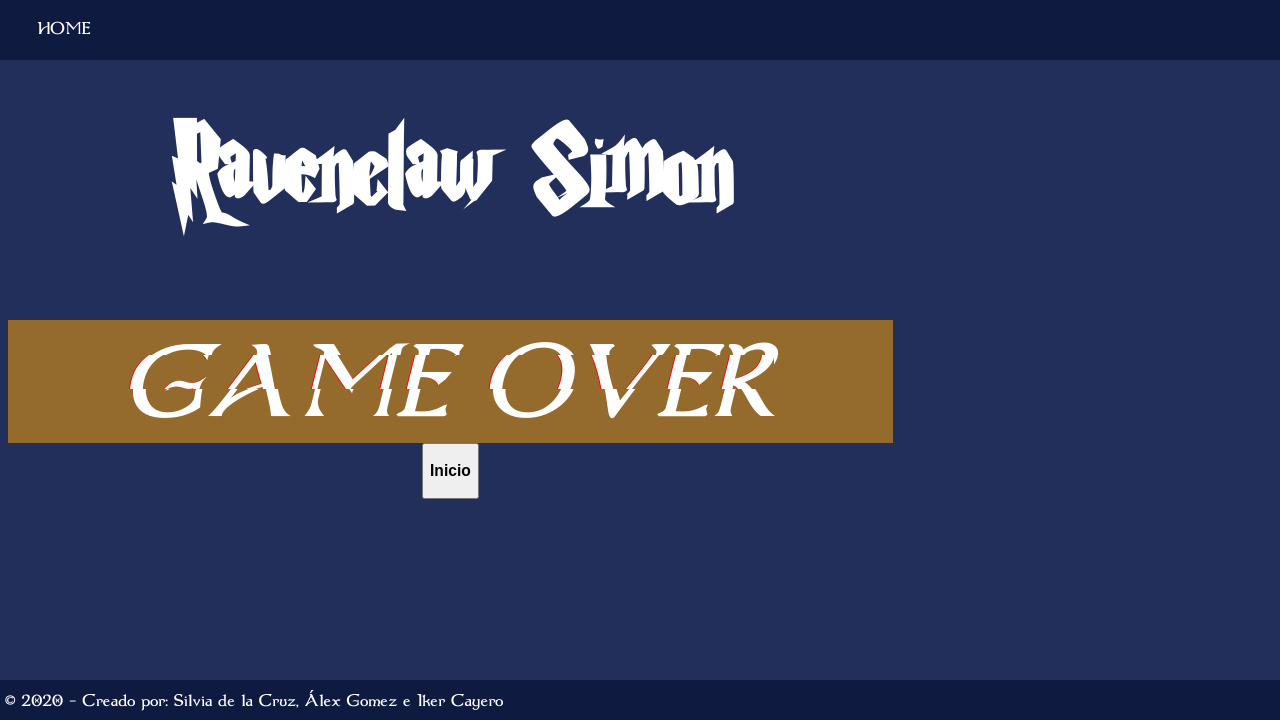
Repository: alexgomezdev/RavenclawSimon
Page: http://localhost/gameOver.php
The author's editor kept a copy of each file at every save. The page is drawn from the files as they stood at one save, then again after the next save.
The browser window is 1280 px wide. The pictures show the whole page.
The page is run by PHP 8.4 with error messages shown; the project is at /var/www/html/.

Above is the page before, as saved 2020-10-23 17:35:01.
Console error: SyntaxError: Unexpected token '}'

### gameOver.php
<!DOCTYPE html>
<html>
<head>
    <meta charset="UTF-8">
    <title>Ravenclaw Simon</title>
    <link rel="stylesheet" href="templates/gameOver.css">
    <link rel="stylesheet" href="templates/general.css">
</head>
<body>
    <header>
        <div id="home_link_div">
            <a href="index.php" id="home_link">HOME</a>
        </div>
    </header>
    <main>
        <div id="title">
            <h1>Ravenclaw Simon</h1>
        </div>
        <div class="container">
            <div id="scroll">
                <div class="message" data-text="GAME OVER">GAME OVER</div>
            </div>
        </div>
        <div id="button_div">
            <button id="button_play"><h3>Inicio</h3></button>
        </div>
    </main>
    <footer>
        <div id="footer_content">
            &#0169 2020 - Creado por: Silvia de la Cruz, Álex Gomez e Iker Cayero
        </div>
    </footer>
	<script type="text/javascript" src="main.js"></script>
</body>
</html>

### templates/gameOver.css
@font-face {
  font-family: "Dumbledore";
  src: url("../templates/typography/dumbledor.1.ttf") format("truetype");
}

#scroll {
  background-color: #946b2d;
}

.message {
  font-style: italic;
  font-size: 120px;
  font-family: "Dumbledore";
  text-align: center;
  color: #ffffff;
  position: relative;
  width: 800px;
  margin: 0 auto;
}

.message:after {
  content: attr(data-text);
  position: absolute;
  left: 70px;
  text-shadow: -1px 0 red;
  top: 0;
  color: white;
  background: #946b2d;
  overflow: hidden;
  clip: rect(0, 900px, 0, 0);
  animation: noise-anim 2s infinite linear alternate-reverse;
  text-align: center;
}

.message:before {
  content: attr(data-text);
  position: absolute;
  left: 80px;
  text-shadow: 1px 0 blue;
  top: 0;
  color: red;
  background: #946b2d;
  overflow: hidden;
  clip: rect(0, 900px, 0, 0);
  animation: noise-anim-2 3s infinite linear alternate-reverse;
  text-align: center;
}

@keyframes noise-anim {
  0% {
    clip: rect(51px, 9999px, 28px, 0);
  }
  5% {
    clip: rect(70px, 9999px, 19px, 0);
  }
  10% {
    clip: rect(92px, 9999px, 13px, 0);
  }
  15% {
    clip: rect(85px, 9999px, 49px, 0);
  }
  20% {
    clip: rect(45px, 9999px, 56px, 0);
  }
  25% {
    clip: rect(26px, 9999px, 31px, 0);
  }
  30% {
    clip: rect(62px, 9999px, 73px, 0);
  }
  35% {
    clip: rect(34px, 9999px, 11px, 0);
  }
  40% {
    clip: rect(26px, 9999px, 61px, 0);
  }
  45% {
    clip: rect(34px, 9999px, 71px, 0);
  }
  50% {
    clip: rect(35px, 9999px, 69px, 0);
  }
  55% {
    clip: rect(92px, 9999px, 81px, 0);
  }
  60% {
    clip: rect(26px, 9999px, 85px, 0);
  }
  65% {
    clip: rect(2px, 9999px, 68px, 0);
  }
  70% {
    clip: rect(54px, 9999px, 79px, 0);
  }
  75% {
    clip: rect(35px, 9999px, 85px, 0);
  }
  80% {
    clip: rect(70px, 9999px, 60px, 0);
  }
  85% {
    clip: rect(32px, 9999px, 26px, 0);
  }
  90% {
    clip: rect(94px, 9999px, 53px, 0);
  }
  95% {
    clip: rect(99px, 9999px, 92px, 0);
  }
  100% {
    clip: rect(42px, 9999px, 27px, 0);
  }
}

@keyframes noise-anim-2 {
  0% {
    clip: rect(21px, 9999px, 49px, 0);
  }
  5% {
    clip: rect(27px, 9999px, 52px, 0);
  }
  10% {
    clip: rect(21px, 9999px, 70px, 0);
  }
  15% {
    clip: rect(65px, 9999px, 25px, 0);
  }
  20% {
    clip: rect(24px, 9999px, 10px, 0);
  }
  25% {
    clip: rect(61px, 9999px, 64px, 0);
  }
  30% {
    clip: rect(34px, 9999px, 47px, 0);
  }
  35% {
    clip: rect(46px, 9999px, 93px, 0);
  }
  40% {
    clip: rect(46px, 9999px, 9px, 0);
  }
  45% {
    clip: rect(67px, 9999px, 36px, 0);
  }
  50% {
    clip: rect(72px, 9999px, 20px, 0);
  }
  55% {
    clip: rect(79px, 9999px, 26px, 0);
  }
  60% {
    clip: rect(13px, 9999px, 87px, 0);
  }
  65% {
    clip: rect(10px, 9999px, 25px, 0);
  }
  70% {
    clip: rect(85px, 9999px, 11px, 0);
  }
  75% {
    clip: rect(94px, 9999px, 35px, 0);
  }
  80% {
    clip: rect(50px, 9999px, 86px, 0);
  }
  85% {
    clip: rect(74px, 9999px, 67px, 0);
  }
  90% {
    clip: rect(1px, 9999px, 40px, 0);
  }
  95% {
    clip: rect(3px, 9999px, 48px, 0);
  }
  100% {
    clip: rect(90px, 9999px, 23px, 0);
  }
}

### templates/general.css
@font-face {
  font-family: "Harry_Potter";
  src: url("../templates/typography/HARRYP.TTF") format("truetype");
}

@font-face {
  font-family: "Dumbledore";
  src: url("../templates/typography/dumbledor.1.ttf") format("truetype");
}

body {
  font-family: "Dumbledore";
  background-color: #222f5b;
}

header {
  background-color: #0e1a40;
  top: 0;
  left: 0;
  position: absolute;
  width: 100%;
  height: 60px;
  display: inline;
}

#home_link_div {
  text-align: center;
  width: 10%;
  height: 90%;
}

#home_link {
  display: flex;
  justify-content: center;
  align-items: center;
  color: #ffffff;
  font-size: 20px;
  text-decoration: none;
  height: 60%;
  margin-top: 9%;
  margin-bottom: 10%;
}

#title {
  color: #ffffff;
  font-family: "Harry_Potter";
  font-size: 60px;
  width: 100%;
  text-align: center;
  margin-top: 120px;
}

main {
  width: 70%;
  text-align: center;
}

footer {
  color: #ffffff;
  background-color: #0e1a40;
  bottom: 0;
  left: 0;
  position: absolute;
  width: 100%;
  height: 30px;
  display: flex;
  padding-top: 10px;
}

#footer_content {
  margin-left: 5px;
  color: #ffffff;
  font-size: 20px;
  vertical-align: center;
  height: 60%;
}

### main.js
function Scroll(nombre) {
    this.id= nombre;
    this.avanza = avanza;
    this.anchoContenedor = document.getElementById(this.id).parentNode.offsetWidth;
    document.getElementById(this.id).parentNode.style.overflow="hidden";
    document.getElementById(this.id).parentNode.style.whiteSpace="nowrap";
    document.getElementById(this.id).parentNode.style.textIndent="0px";
    this.el=document.getElementById(this.id).parentNode;
    this.xo=this.el.getElementByTagName('span');
    this.contenido=this.as[0].innerHTML;
    this.anchoTexto=this.as[0].offsetWidth;
    this.dif=this.as[0].offsetWidth-this.xo;
}

function avanza(velocidad,modo) {
    this.as[0].parentNode.style.textIndent= ""+this.xo+"px";
    if (this.anchoTexto>this.anchoContenedor) {
        if (modo==0) {
            if (this.xo <=this.dif)
                this.as[0].innerHTML=this.contenido+this.contenido
                if (this.xo<=-this.dif-this.anchoContenedor)
                {
                  this.as[0].innerHTML=this.contenido;
                  this.xo=0;
                }
             }

           if (modo==1)
             if (this.xo<=-this.dif-this.anchoContenedor)
               this.xo=this.anchoContenedor;

           if (modo==2)
             if (this.xo<=-this.dif-this.anchoContenedor)
               {
                 this.xo=this.xo-velocidad;
                 velocidad=0;
               }
         }
       else
         {
           if (modo!=2)
             if (this.xo<=-this.anchoTexto)
               this.xo=this.anchoContenedor;
             else
               if (this.xo<=-this.anchoTexto)
                 {
                   this.xo=this.xo-velocidad;
                   velocidad=0;
                 }
         }
       this.xo=this.xo-velocidad;
     }

   window.onload=function()
     {
       var scroll1= new Scroll('congrats');
       window.setInterval( function (){ scroll1.avanza(5,0) }, 10 );
       // 5=salto o velocidad en pixels, 10=msg.
     }
        }
    }
}

After the next save:
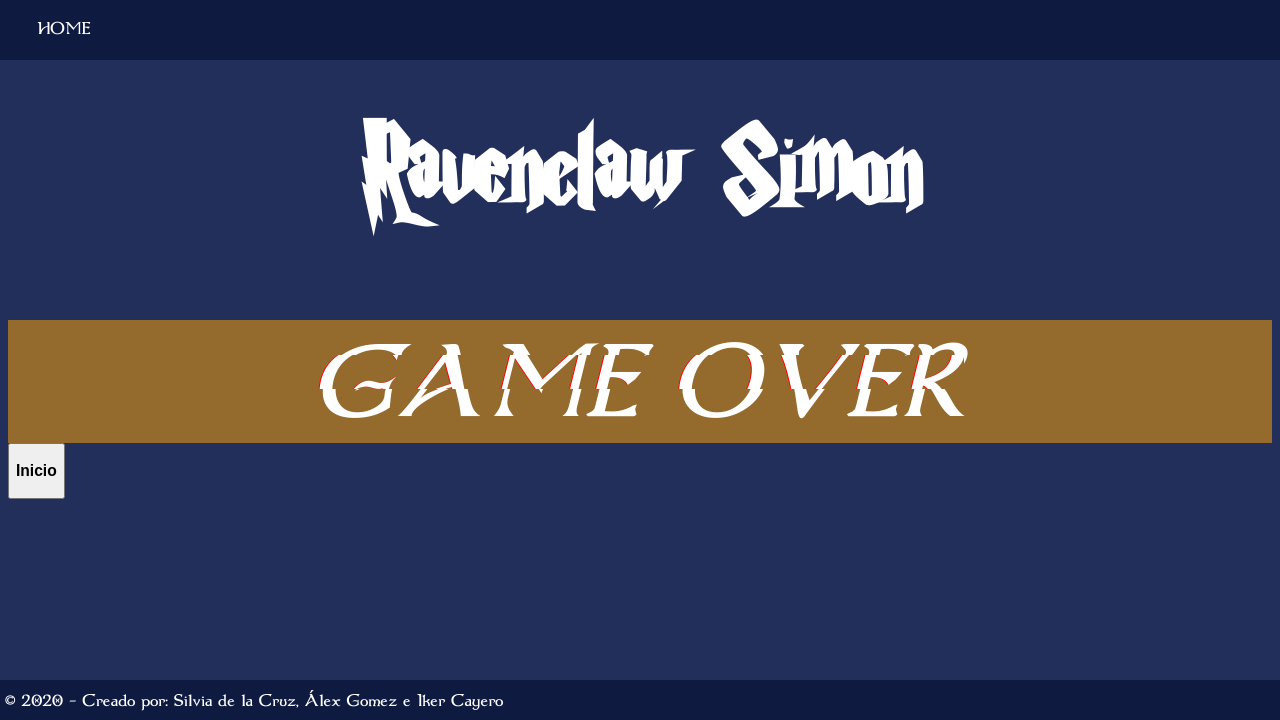
Saved 19 s later.
--- a/templates/general.css
+++ b/templates/general.css
@@ -51,8 +51,7 @@
 }
 
 main {
-  width: 70%;
-  text-align: center;
+  width: 100%;
 }
 
 footer {
